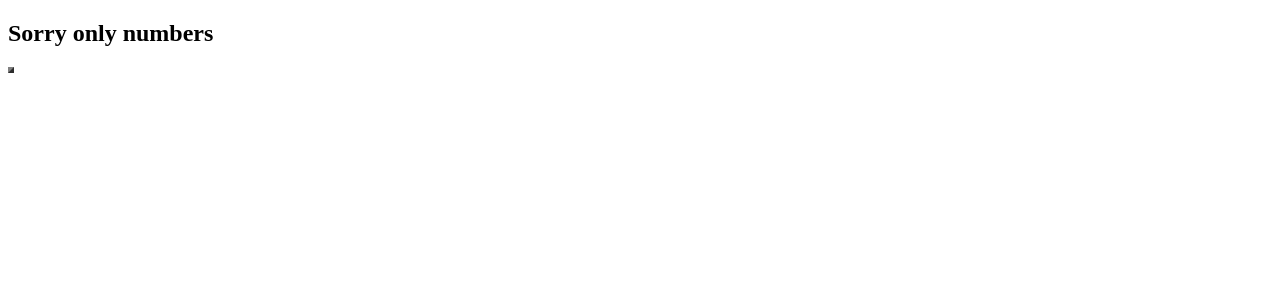
Repository: adithnaveen/SdetBatch3
Page: http://localhost/WebWorks/ShowMulti.jsp
These files come from the project's save history. The page is drawn as it stood at one moment and after the next save; the edit follows.
The browser window is 1280 px wide. The pictures show the whole page.
The page is served by Tomcat 9.

Above is the page before, as saved 2017-04-03 22:08:45.

After the next save:
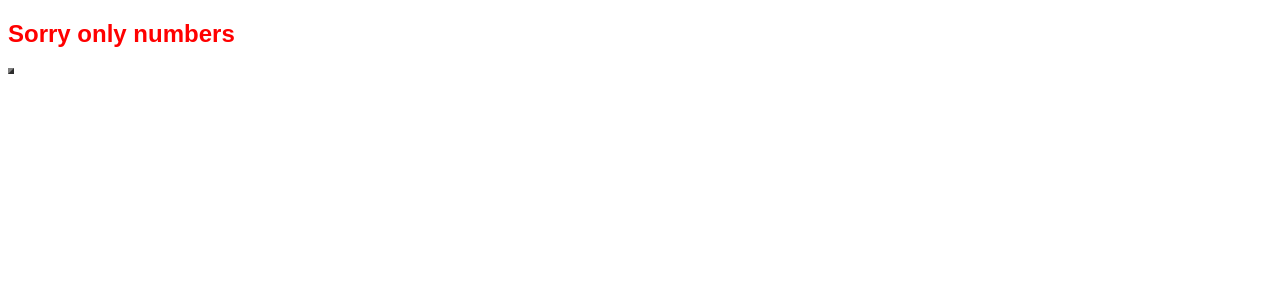
Saved 27 s later.
--- a/SDET4/WebWorks/WebContent/ShowMulti.jsp
+++ b/SDET4/WebWorks/WebContent/ShowMulti.jsp
@@ -22,7 +22,7 @@
 
 	}catch(NumberFormatException nfe){
 %>
-		<h2>Sorry only numbers</h2>
+		<h2 style="color: red;font-family: arial">Sorry only numbers</h2>
 <%
 	}
 	%>
